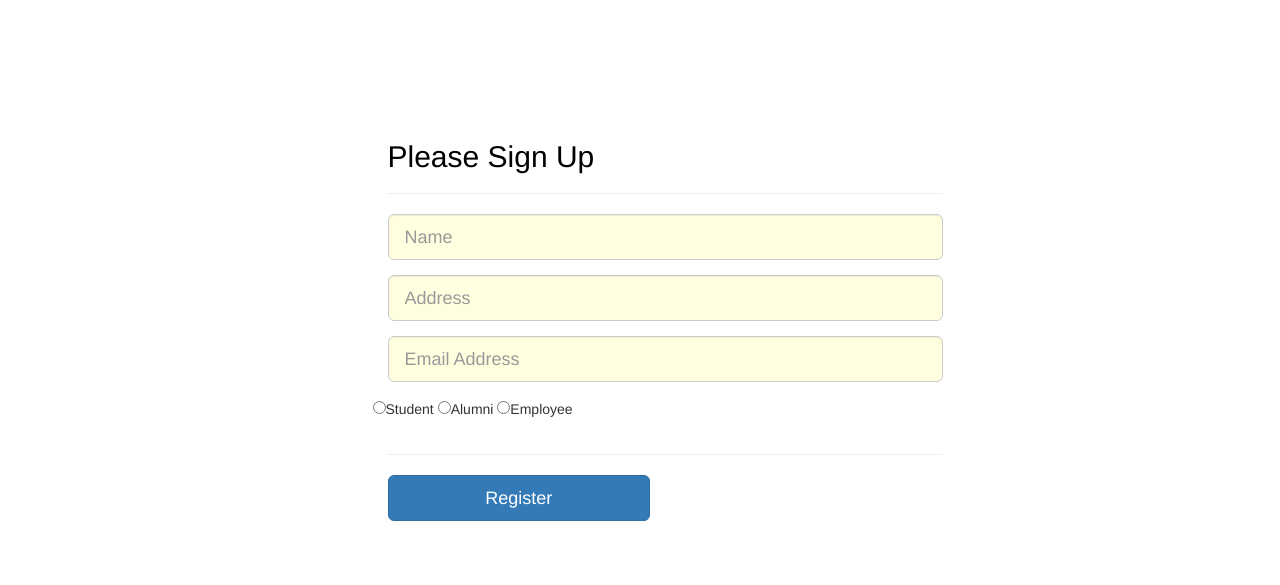
Repository: 123poornima/UpdatedSecondProject
Page: frontendPro/WebContent/_user/register.html
These files come from the project's save history. The page is drawn as it stood at one moment and after the next save; the edit follows.
The browser window is 1280 px wide. The pictures show the whole page.

Above is the page before, as saved 2017-01-10 06:06:39.

### frontendPro/WebContent/_user/register.html
<!DOCTYPE html>
<html>
<head>
<meta charset="ISO-8859-1">
<link rel="stylesheet" href="http://maxcdn.bootstrapcdn.com/bootstrap/3.3.7/css/bootstrap.min.css">

<!-- jQuery library -->
<script src="https://ajax.googleapis.com/ajax/libs/jquery/1.12.4/jquery.min.js"></script>

<!-- Latest compiled JavaScript -->
<script src="http://maxcdn.bootstrapcdn.com/bootstrap/3.3.7/js/bootstrap.min.js"></script>
<title>Insert title here</title>
</head>
<body>

<!-- Registration code -->
<div class="container" >



   <div class="container" style="align:center; margin: 120px 0px 0px 10px">
   <div class="row">
    <div class="col-xs-12 col-sm-8 col-md-6 col-sm-offset-2 col-md-offset-3">





       <h2 style="color:#000000;align:center">Please Sign Up</h2>
		<hr class="colorgraph">

			<div class="form-group" >
                  <input style="background-color:#FFFFE0" required="true" ng-model="user.username" path="name" type="text" name="name" class="form-control input-lg" placeholder="Name" tabindex="1" />
		    </div>



			<div class="form-group">
				<input style="background-color:#FFFFE0" path="address" required="true"  type="password" ng-model="user.password" name="password" class="form-control input-lg" placeholder="Address" tabindex="3" />
			</div>



			<div class="form-group">
				<input style="background-color:#FFFFE0" required="true"  path="mailId" type="text" ng-model="user.email" name="email"  class="form-control input-lg" placeholder="Email Address" tabindex="5" />
			</div>
			<div class="row">
				<div class="form-group">
					<input type="radio" ng-model="user.role" value="STUDENT">Student
                    <input type="radio" ng-model="user.role" value="ALUMNI">Alumni
                    <input type="radio" ng-model="user.role" value="EMPLOYEE">Employee
				</div>

			</div>

			<hr class="colorgraph">
			<div class="row">
				<div class="col-xs-12 col-md-6"><input type="submit" ng-click="registerUser()" value="Register" class="btn btn-primary btn-block btn-lg" tabindex="6" ></div>

			</div>

      </div>
       </div>
    </div>
   </div>
<!-- <form>
<table>
<tr><td>Username</td><td><input type="text" ng-model="user.username"></td></tr>
<tr><td>password</td><td><input type="password" ng-model="user.password"></td></tr>
<tr><td>email</td><td><input type="text" ng-model="user.email"></td></tr>



<tr><td>Select role</td><td>
<input type="radio" ng-model="user.role" value="STUDENT">Student
<input type="radio" ng-model="user.role" value="ALUMNI">Alumni
<input type="radio" ng-model="user.role" value="EMPLOYEE">Employee</td>
</tr>

<tr><td><input type="submit" ng-click="registerUser()" value="Register"></td></tr>


</table>

</form>
{{errorMessage}} -->
</body>
</html>

After the next save:
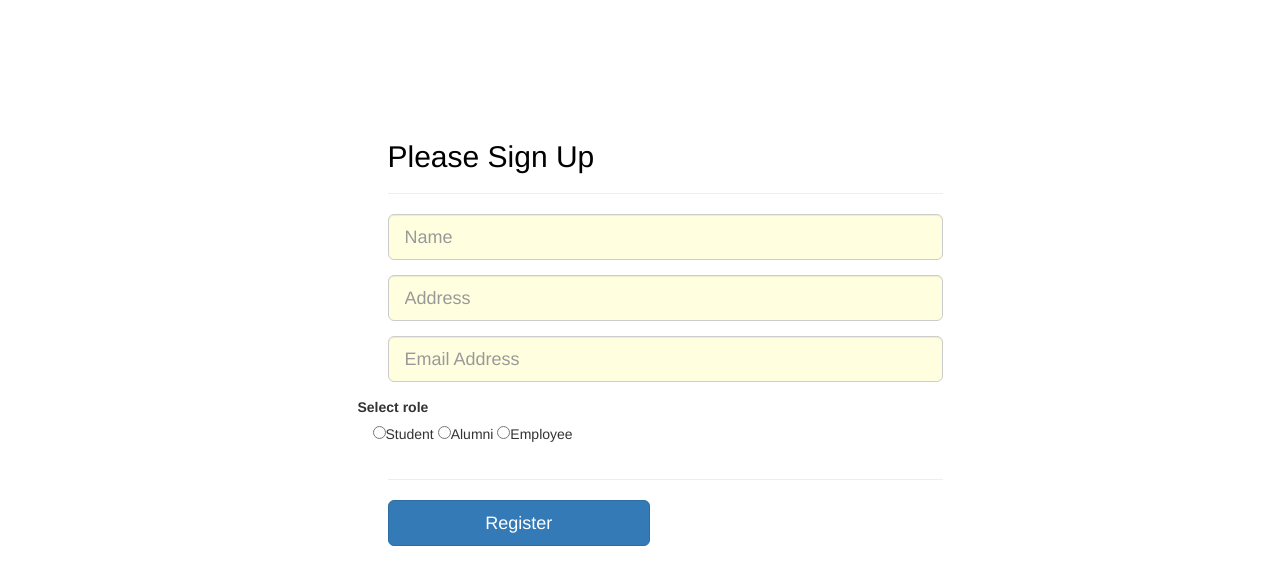
Saved 2 min 15 s later.
--- a/frontendPro/WebContent/_user/register.html
+++ b/frontendPro/WebContent/_user/register.html
@@ -45,6 +45,9 @@
 				<input style="background-color:#FFFFE0" required="true"  path="mailId" type="text" ng-model="user.email" name="email"  class="form-control input-lg" placeholder="Email Address" tabindex="5" />
 			</div>
 			<div class="row">
+			<div class="row">
+			<label>Select role</label>
+			</div>
 				<div class="form-group">
 					<input type="radio" ng-model="user.role" value="STUDENT">Student
                     <input type="radio" ng-model="user.role" value="ALUMNI">Alumni
